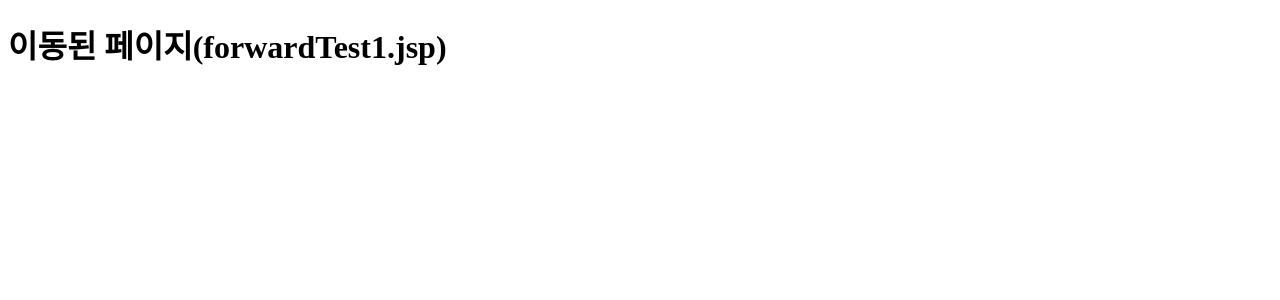
Repository: gh-56/jsp_workspace_al
Page: http://localhost/11_action_tag/forwardTest1.jsp
The author's editor kept a copy of each file at every save. The page is drawn from the files as they stood at one save, then again after the next save.
The browser window is 1280 px wide. The pictures show the whole page.
The page is served by Tomcat 9.

Above is the page before, as saved 2023-10-18 01:21:55.

After the next save:
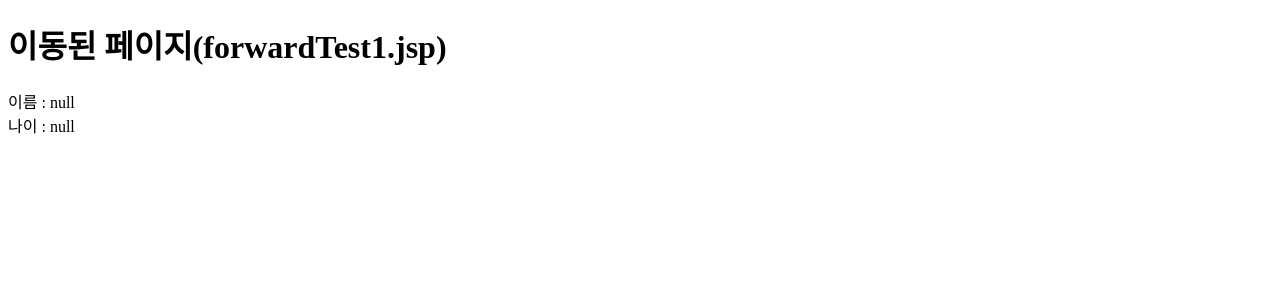
Saved 79 s later.
--- a/11_action_tag/src/main/webapp/forwardTest1.jsp
+++ b/11_action_tag/src/main/webapp/forwardTest1.jsp
@@ -8,5 +8,7 @@
 </head>
 <body>
 	<h1>이동된 페이지(forwardTest1.jsp)</h1>
+	이름 : <%=request.getParameter("name") %> <br/>
+	나이 : <%=request.getParameter("age") %> <br/>
 </body>
 </html>
